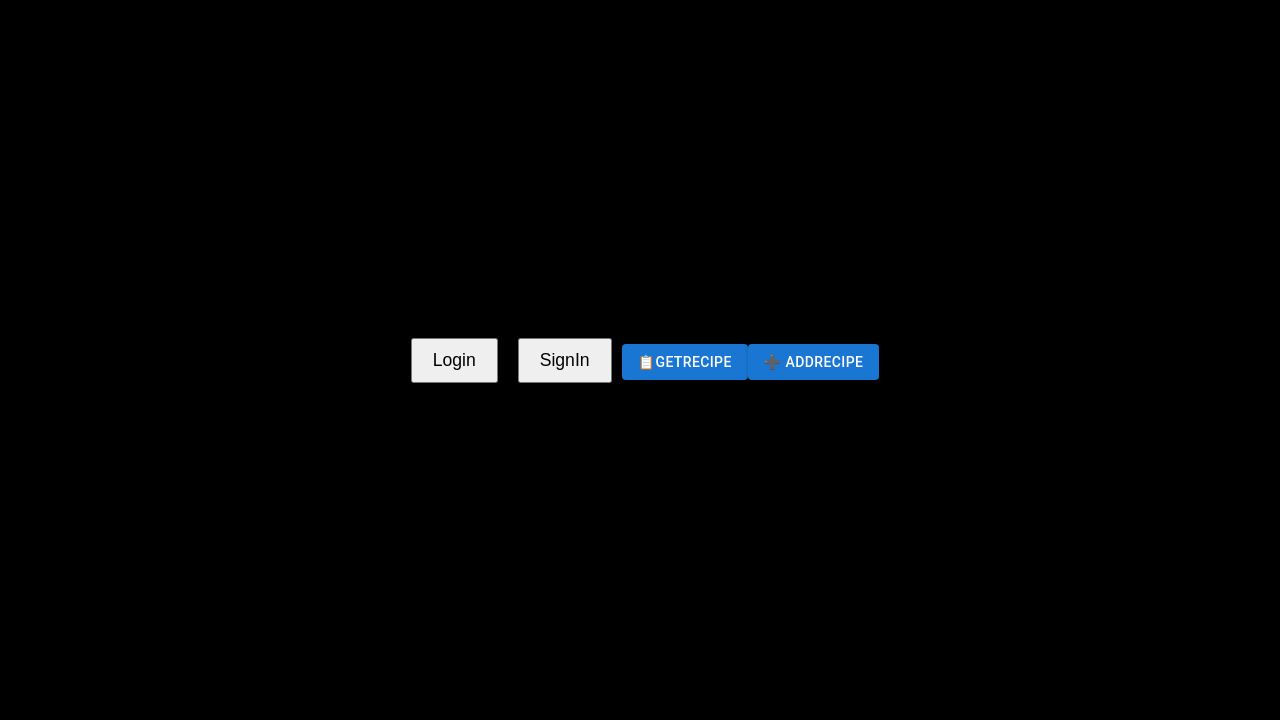
Repository: saraAber/Recipes_ReactProject
Page: /
These files come from the project's save history. The page is drawn as it stood at one moment and after a run of saves; the edit follows.
The browser window is 1280 px wide. The pictures show the whole page.
The project was rebuilt for these pictures with package versions that can differ from the ones it lists, and the page was loaded fresh each time. Also part of the build but not shown: vite.config.ts, src/components/Login.tsx, src/components/SignIn.tsx.

Above is the page before, as saved 2025-05-05 16:20:58.

### src/main.tsx
// import { BrowserRouter as Router, Routes, Route } from "react-router-dom";
// import HomePage from "./components/HomePage.tsx";
// import Recipes from './components/Recipes.tsx'
// import AddRecipe from './components/addRecipe.tsx';
// import EditRecipe from './components/editRecipe.tsx';
// import { AuthProvider } from "./contexts/AuthUserContext.tsx";
// import { Outlet } from 'react-router-dom';

// function App() {

//   return (
//     <>
//       <AuthProvider>
//         <Router>
//           <Routes>
//             <Route path="/" element={<Outlet />} />
//             <Route path='*' element={<HomePage />} />
//             <Route path='/recipes' element={<Recipes />} />
//             <Route path="/editRecipe" element={<EditRecipe recipeId={1} onRecipeUpdated={(updatedRecipe) => console.log(updatedRecipe)} />} />
//             <Route path='/addRecipe' element={<AddRecipe />} />

//           </Routes>
//           <Outlet />
//         </Router>
//       </AuthProvider>

//     </>
//   )
// }
// export default App


import React from "react";
import ReactDOM from "react-dom/client";
import App from "./App"; // לוודא שהנתיב נכון!

ReactDOM.createRoot(document.getElementById("root")!).render(
  <React.StrictMode>
    <App />
  </React.StrictMode>
);

### src/App.tsx
import { BrowserRouter as Router, Routes, Route } from "react-router-dom";
import "./App.css";
import HomePage from "./components/HomePage";
import { AuthProvider } from "./contexts/AuthUserContext";

function App() {
  console.log("App Loaded!");

  return (
    <AuthProvider>
      <Router>
        <Routes>
          <Route path="/" element={<HomePage />} />
          <Route path="*" element={<HomePage />} />
        </Routes>
      </Router>
    </AuthProvider>
  );
}

export default App;

### src/App.css
* {
  margin: 0;
  padding: 0;
  box-sizing: border-box;
}

html, body {
  height: 100%;
  width: 100%;
  overflow: hidden;
}

body {
  display: flex;
  justify-content: center;
  align-items: center;
  background-image: url('/');
  background-repeat: no-repeat;
  background-position: center;
  background-size: contain;
  background-color: black; /* צבע רקע סביב התמונה */
}




.home-container {
  text-align: center;
  padding: 2rem;
}

.button-group button {
  margin: 10px;
  padding: 10px 20px;
  font-size: 1.1rem;
}

.modal-overlay {
  position: fixed;
  top: 0; left: 0; right: 0; bottom: 0;
  background: rgba(0, 0, 0, 0.75);
  display: flex; align-items: center; justify-content: center;
  z-index: 1000;
}

.modal {
  background: #000;
  color: aquamarine;
  padding: 30px;
  border: 2px solid white;
  border-radius: 15px;
  width: 300px;
}

.modal input {
  width: 100%;
  margin-bottom: 10px;
  padding: 8px;
}

.modal-buttons {
  display: flex;
  justify-content: space-between;
  padding: 28px;
}

.error {
  color: red;
  font-size: 12px;
}

.password-wrapper {
  position: relative;
}

.password-wrapper input {
  width: 100%;
  padding-right: 40px;
  box-sizing: border-box;
}

.toggle-password {
  position: absolute;
  top: 50%;
  right: 10px;
  transform: translateY(-50%);
  background: transparent;
  border: none;
  cursor: pointer;
  font-size: 1.2rem;
}

### src/components/HomePage.tsx
// import { useState } from "react";
// import { useNavigate } from "react-router-dom";
// import { useAuth } from "../contexts/AuthUserContext"; // אם מוגדר alias ב-vite.config.ts
// import axios from "axios"; // ודא שהוא מותקן עם npm install axios

// function HomePage() {
//   const [text, setText] = useState("Enter to recipes!");
//   const [showModal, setShowModal] = useState(false); // מודאל להרשמה
//   const [showLoginModal, setShowLoginModal] = useState(false); // מודאל להתחברות
//   const [email, setEmail] = useState("");
//   const [password, setPassword] = useState("");
//   const [name, setName] = useState("");
//   const [phone, setPhone] = useState("");
//   const [tz, setTz] = useState("");
//   const [errors, setErrors] = useState<{ email?: string; password?: string; name?: string; phone?: string; tz?: string }>({});
//   const navigate = useNavigate();
//   const { saveUser } = useAuth();

//   // פונקציה להתחברות
//   const handleLogin = async () => {
//     setErrors({});
//     // בדיקה אם השדות ריקים
//     if (!email || !password) {
//       setErrors({ email: "יש למלא את כל השדות" });
//       return; // אם השדות ריקים, לא שולחים את הבקשה ל-API
//     }

//     try {
//       // שליחת בקשת התחברות ל-API
//       const response = await axios.post('http://localhost:8080/api/user/sighin', {
//         username: email, // יש לוודא שהשם שמקבלים ב-API זה 'Username'
//         password: password, // יש לוודא גם שהשם של הסיסמה הוא 'Password'
//       });

//       console.log("Login Success:", response.data);
//       saveUser(response.data.user); // שמירה של המשתמש לאחר התחברות מוצלחת
//       navigate("/recipes"); // ניווט לדף המתכונים לאחר התחברות מוצלחת
//     } catch (error) {
//       console.error("Login Error:", error);
//       setErrors({ email: "שגיאה בהתחברות. בדוק את הפרטים ונסה שוב." });
//     }
//   };

//   // פונקציה להרשמה
//   const handleRegister = async () => {
//     setErrors({});
//     let newErrors: { email?: string; password?: string; name?: string; phone?: string; tz?: string } = {};

//     if (!email.includes("@") || !email.includes(".")) newErrors.email = "האימייל חייב להיות תקין (למשל: example@mail.com)";
//     if (!password.trim()) newErrors.password = "יש להזין סיסמה";
//     if (!name.trim()) newErrors.name = "יש להזין שם";
//     if (!phone.trim()) newErrors.phone = "יש להזין מספר טלפון";
//     if (!tz.trim()) newErrors.tz = "יש להזין מספר זהות";

//     if (Object.keys(newErrors).length > 0) {
//       setErrors(newErrors);
//       return;
//     }

//     // אם המייל לא קיים, נבצע הרשמה
//     try {
//       const response = await axios.post('http://localhost:8080/api/user/sighin', {
//         name: name,
//         phone: phone,
//         tz: tz,
//         email: email,
//         password: password,
//       });

//       console.log("Registration Success:", response.data);
//       saveUser(response.data.user); // שמירה של המשתמש לאחר הרשמה
//       alert("נרשמת בהצלחה!");
//       setShowModal(false);
//       navigate("/home"); // לאחר הרשמה מוצלחת, נווט לדף הבית

//     } catch (error) {
//       console.error("Registration Error:", error);
//       setErrors({ email: "שגיאה בהרשמה. נסה שוב." });
//     }
//   };

//   return (
//     <div>
//       <h1>Welcome to the Home Page!</h1>
//       <div className="extra-card">
//         {/* כפתור שיפתח את המודאל של התחברות */}
//         <button onClick={() => setShowLoginModal(true)}>{text}</button>
//         {/* כפתור שיפתח את המודאל של הרשמה */}
//         <button onClick={() => setShowModal(true)}>to connect~</button>
//       </div>

//       {/* מודאל של התחברות */}
//       {showLoginModal && (
//         <div style={{ position: "fixed", top: "0", left: "0", right: "0", bottom: "0", backgroundColor: "rgba(0, 0, 0, 0.7)", zIndex: "999", display: "flex", justifyContent: "center", alignItems: "center" }}>
//           <div style={{ backgroundColor: "black", color: "aquamarine", padding: "55px", border: "2px solid white", borderRadius: "15px", boxShadow: "0 0 10px rgba(255, 255, 255, 0.3)" }}>
//             <h2>התחבר</h2>
//             <input type="email" placeholder="אימייל" value={email} onChange={(e) => setEmail(e.target.value)} style={{ display: "block", marginBottom: "8px", padding: "5px", width: "100%" }} />
//             {errors.email && <span style={{ color: "red", fontSize: "12px" }}>{errors.email}</span>}
//             <input type="password" placeholder="סיסמה" value={password} onChange={(e) => setPassword(e.target.value)} style={{ display: "block", marginBottom: "5px", padding: "5px", width: "100%" }} />
//             {errors.password && <span style={{ color: "red", fontSize: "12px" }}>{errors.password}</span>}
//             <br /><br />
//             <button onClick={handleLogin} style={{ marginRight: "10px" }}>כניסה</button>
//             <button onClick={() => setShowLoginModal(false)}>סגור</button>
//           </div>
//         </div>
//       )}

//       {/* מודאל של הרשמה */}
//       {showModal && (
//         <div style={{ position: "fixed", top: "0", left: "0", right: "0", bottom: "0", backgroundColor: "rgba(0, 0, 0, 0.7)", zIndex: "999", display: "flex", justifyContent: "center", alignItems: "center" }}>
//           <div style={{ backgroundColor: "black", color: "aquamarine", padding: "55px", border: "2px solid white", borderRadius: "15px", boxShadow: "0 0 10px rgba(255, 255, 255, 0.3)" }}>
//             <h2>הירשם</h2>
//             <input type="text" placeholder="שם" value={name} onChange={(e) => setName(e.target.value)} style={{ display: "block", marginBottom: "8px", padding: "5px", width: "100%" }} />
//             {errors.name && <span style={{ color: "red", fontSize: "12px" }}>{errors.name}</span>}
//             <input type="tel" placeholder="טלפון" value={phone} onChange={(e) => setPhone(e.target.value)} style={{ display: "block", marginBottom: "8px", padding: "5px", width: "100%" }} />
//             {errors.phone && <span style={{ color: "red", fontSize: "12px" }}>{errors.phone}</span>}
//             <input type="text" placeholder="ת.ז" value={tz} onChange={(e) => setTz(e.target.value)} style={{ display: "block", marginBottom: "8px", padding: "5px", width: "100%" }} />
//             {errors.tz && <span style={{ color: "red", fontSize: "12px" }}>{errors.tz}</span>}
//             <input type="email" placeholder="אימייל" value={email} onChange={(e) => setEmail(e.target.value)} style={{ display: "block", marginBottom: "8px", padding: "5px", width: "100%" }} />
//             {errors.email && <span style={{ color: "red", fontSize: "12px" }}>{errors.email}</span>}
//             <input type="password" placeholder="סיסמה" value={password} onChange={(e) => setPassword(e.target.value)} style={{ display: "block", marginBottom: "5px", padding: "5px", width: "100%" }} />
//             {errors.password && <span style={{ color: "red", fontSize: "12px" }}>{errors.password}</span>}
//             <br /><br />
//             <button onClick={handleRegister} style={{ marginRight: "10px" }}>הרשמה</button>
//             <button onClick={() => setShowModal(false)}>סגור</button>
//           </div>
//         </div>
//       )}
//     </div>
//   );
// }

// export default HomePage;


import { useState,useContext, useEffect } from "react";
import { useNavigate } from "react-router-dom";
import { useAuth } from "../contexts/AuthUserContext";
import LoginModal from "./Login";
import SignupModal from "./SignIn";
import HomeIcon from '@mui/icons-material/Home';
import axios from "axios";
import { CatContext } from "./categoriesContext";
import { Button } from '@mui/material';
import { Link } from 'react-router-dom';


function HomePage() {
  const [showLogin, setShowLogin] = useState(false);
  const [showSignup, setShowSignup] = useState(false);
  const navigate = useNavigate();
  const { user } = useAuth();

  return (
    <div className="home-container">
      <div className="button-group">
        {!user && (
          <>
            <button onClick={() => setShowLogin(true)}>Login</button>
            <button onClick={() => setShowSignup(true)}>SignIn</button>
          </>
        )}
         <Button
          component={Link}
          to={"/GetRecipes"} // עדכון לנתיב הנכון
          variant="contained"
          sx={{ bgcolor: 'primary.main', '&:hover': { bgcolor: 'primary.dark' } }}
        >📋GetRecipe
        </Button>
        <Button
          component={Link}
          to={"/AddRecipe"} // עדכון לנתיב הנכון
          variant="contained"
          sx={{ bgcolor: 'primary.main', '&:hover': { bgcolor: 'primary.dark' } }}
        >➕ AddRecipe
        </Button>
      </div>

      {showLogin && <LoginModal onClose={() => setShowLogin(false)} />}
      {showSignup && <SignupModal onClose={() => setShowSignup(false)} />}
    </div>
  );
}

export default HomePage;

### src/contexts/AuthUserContext.tsx
import React, { ReactNode, createContext, useContext, useState } from "react";


// ממשק שמגדיר את סוגי הנתונים
export interface SignInFormInputs {
    username: string;
    email: string;
    password: string;
}

// טיפוס לקונטקסט
// טיפוס לקונטקסט
export interface AuthContextType {
    user: SignInFormInputs | null;
    isLoggedIn: boolean;
    saveUser: (user: SignInFormInputs) => void;
    clearUser: () => void;
}


// יצירת הקונטקסט
const AuthContext = createContext<AuthContextType | undefined>(undefined);

export interface AuthProviderProps {
    children: ReactNode;
}

// ספק גישה לנתוני המשתמש
export const AuthProvider: React.FC<AuthProviderProps> = ({ children }) => {
    const [user, setUser] = useState<SignInFormInputs | null>(() => {
        const storedUser = localStorage.getItem("user");
        return storedUser ? JSON.parse(storedUser) : null;
    });

    const [isLoggedIn, setIsLoggedIn] = useState<boolean>(!!user);

    const saveUser = (user: SignInFormInputs) => {
        localStorage.setItem("user", JSON.stringify(user));
        setUser(user);
        setIsLoggedIn(true);
    };

    const clearUser = () => {
        localStorage.removeItem("user");
        setUser(null);
        setIsLoggedIn(false);
    };

    return (
        <AuthContext.Provider value={{ user, isLoggedIn, saveUser, clearUser  }}>
            {children}
        </AuthContext.Provider>
    );
};

// הוק לשימוש בקונטקסט
export const useAuth = (): AuthContextType => {
    const context = useContext(AuthContext);
    if (!context) {
        throw new Error("useAuth must be used within an AuthProvider");
    }
    return context;
};

Loaded but not shown: index.html (common file)

After the next 4 saves:
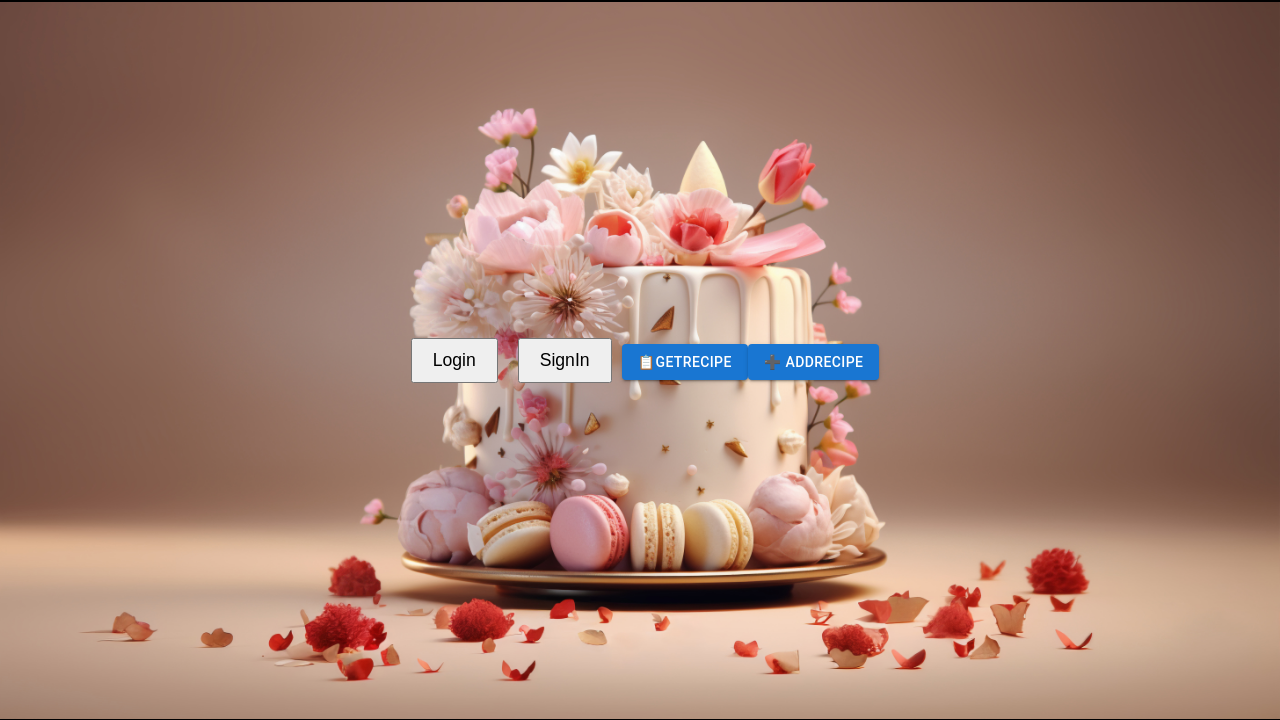
The 4 saves are shown as one change because they came seconds apart.
The last was saved 21 s later.
--- a/src/App.css
+++ b/src/App.css
@@ -14,7 +14,7 @@ body {
   display: flex;
   justify-content: center;
   align-items: center;
-  background-image: url('/');
+  background-image: url('../public/overloaded-cake-with-flowers.jpg');
   background-repeat: no-repeat;
   background-position: center;
   background-size: contain;
